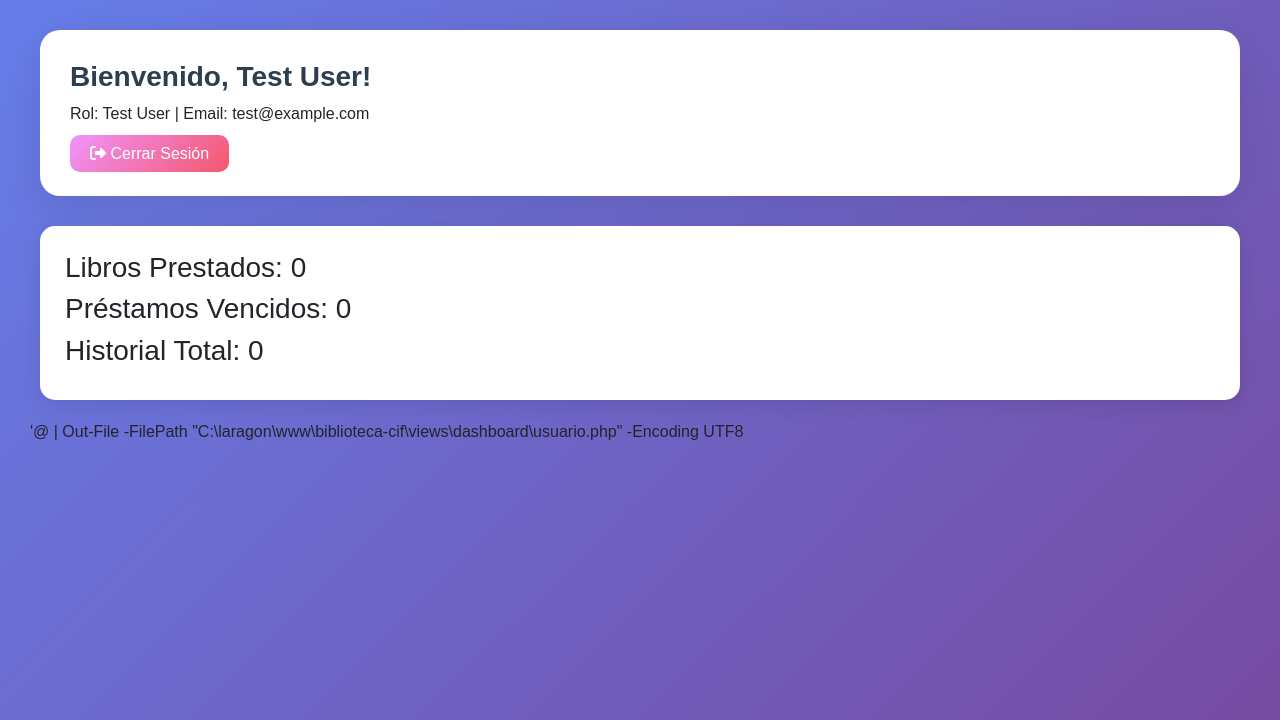
Repository: rafarmk/biblioteca-cif
Page: http://localhost/biblioteca-cif/views/dashboard/usuario.php
These files come from the project's save history. The page is drawn as it stood at one moment and after the next save; the edit follows.
The browser window is 1280 px wide. The pictures show the whole page.
The page is run by PHP 8.4 with error messages shown; the project is at /var/www/html/. The session is filled in as if someone had signed in: {"usuario_id": 1, "nombre": "Test User", "apellidos": 1, "email": "test@example.com", "rol_id": 1, "rol_nombre": "Test User", "foto_perfil": "admin", "last_activity": 1759523173, "login_time": 1759523173}. Other server files are loaded and not shown.

Above is the page before, as saved 2025-10-09 14:05:31.

### views/dashboard/usuario.php

<?php
require_once __DIR__ . '/../../config/config.php';

if (!isLoggedIn()) {
    redirect('auth/login');
    exit();
}

$flash = getFlashMessage();
$librosPrestados = 0;
$librosVencidos = 0;
$historialTotal = 0;
?>
<!DOCTYPE html>
<html lang="es">
<head>
    <meta charset="UTF-8">
    <meta name="viewport" content="width=device-width, initial-scale=1.0">
    <title>Mi Biblioteca - Biblioteca CIF</title>
    <link href="https://cdn.jsdelivr.net/npm/bootstrap@5.3.0/dist/css/bootstrap.min.css" rel="stylesheet">
    <link rel="stylesheet" href="https://cdnjs.cloudflare.com/ajax/libs/font-awesome/6.4.0/css/all.min.css">
    <style>
        body {
            font-family: 'Poppins', sans-serif;
            background: linear-gradient(135deg, #667eea 0%, #764ba2 100%);
            min-height: 100vh;
            padding: 30px;
        }
        .container-custom {
            max-width: 1200px;
            margin: 0 auto;
        }
        .header-card {
            background: white;
            border-radius: 20px;
            padding: 30px;
            box-shadow: 0 10px 40px rgba(0,0,0,0.1);
            margin-bottom: 30px;
        }
        .header-card h1 {
            font-size: 28px;
            font-weight: 700;
            color: #2c3e50;
        }
        .logout-btn {
            background: linear-gradient(135deg, #f093fb 0%, #f5576c 100%);
            color: white;
            padding: 10px 20px;
            border-radius: 10px;
            text-decoration: none;
            font-weight: 500;
        }
        .stat-card {
            background: white;
            padding: 25px;
            border-radius: 15px;
            box-shadow: 0 5px 20px rgba(0,0,0,0.1);
            margin-bottom: 20px;
        }
    </style>
</head>
<body>
    <div class="container-custom">
        <div class="header-card">
            <h1>Bienvenido, <?php echo $_SESSION['nombre']; ?>!</h1>
            <p>Rol: <?php echo ucfirst($_SESSION['rol_nombre']); ?> | Email: <?php echo $_SESSION['email']; ?></p>
            <a href="<?php echo BASE_URL; ?>auth/logout" class="logout-btn">
                <i class="fas fa-sign-out-alt"></i> Cerrar Sesión
            </a>
        </div>

        <?php if ($flash): ?>
            <div class="alert alert-<?php echo $flash['type'] === 'error' ? 'danger' : $flash['type']; ?>">
                <?php echo $flash['message']; ?>
            </div>
        <?php endif; ?>

        <div class="stat-card">
            <h3>Libros Prestados: <?php echo $librosPrestados; ?></h3>
            <h3>Préstamos Vencidos: <?php echo $librosVencidos; ?></h3>
            <h3>Historial Total: <?php echo $historialTotal; ?></h3>
        </div>
    </div>
</body>
</html>
'@ | Out-File -FilePath "C:\laragon\www\biblioteca-cif\views\dashboard\usuario.php" -Encoding UTF8

### config/config.php
<?php
/**
 * SISTEMA DE BIBLIOTECA CIF
 * Archivo de Configuración General
 * Versión: 2.0 Profesional
 */

// Configuración de zona horaria
date_default_timezone_set('America/El_Salvador');

// Configuración de sesiones
ini_set('session.cookie_httponly', 1);
ini_set('session.use_only_cookies', 1);
ini_set('session.cookie_secure', 0); // Cambiar a 1 en producción con HTTPS

// Iniciar sesión si no está iniciada
if (session_status() === PHP_SESSION_NONE) {
    session_start();
}

// ============================================
// CONFIGURACIÓN DE BASE DE DATOS
// ============================================
define('DB_HOST', 'localhost');
define('DB_NAME', 'biblioteca_cif');
define('DB_USER', 'root');
define('DB_PASS', '');
define('DB_CHARSET', 'utf8mb4');

// ============================================
// CONFIGURACIÓN DE RUTAS
// ============================================
define('BASE_URL', 'http://localhost/biblioteca-cif/');
define('BASE_PATH', __DIR__ . '/../');
define('UPLOAD_PATH', BASE_PATH . 'public/uploads/');
define('UPLOAD_URL', BASE_URL . 'public/uploads/');

// ============================================
// CONFIGURACIÓN DE LA APLICACIÓN
// ============================================
define('APP_NAME', 'Biblioteca CIF');
define('APP_VERSION', '2.0');
define('APP_AUTHOR', 'José Raphael Pérez');

// ============================================
// CONFIGURACIÓN DE SEGURIDAD
// ============================================
define('PASSWORD_MIN_LENGTH', 6);
define('SESSION_TIMEOUT', 3600); // 1 hora en segundos
define('MAX_LOGIN_ATTEMPTS', 5);
define('LOCKOUT_TIME', 900); // 15 minutos

// ============================================
// CONFIGURACIÓN DE EMAIL (para notificaciones futuras)
// ============================================
define('SMTP_HOST', 'smtp.gmail.com');
define('SMTP_PORT', 587);
define('SMTP_USER', 'tu-email@gmail.com');
define('SMTP_PASS', 'tu-password');
define('SMTP_FROM', 'biblioteca@cif.edu.sv');
define('SMTP_FROM_NAME', 'Biblioteca CIF');

// ============================================
// CONFIGURACIÓN DE PRÉSTAMOS
// ============================================
define('DIAS_PRESTAMO_ESTUDIANTE', 7);
define('DIAS_PRESTAMO_DOCENTE', 15);
define('DIAS_PRESTAMO_ADMIN', 30);
define('MAX_PRESTAMOS_ESTUDIANTE', 3);
define('MAX_PRESTAMOS_DOCENTE', 5);
define('MAX_PRESTAMOS_ADMIN', 10);
define('MAX_RENOVACIONES', 2);

// ============================================
// CONFIGURACIÓN DE NOTIFICACIONES
// ============================================
define('DIAS_RECORDATORIO', 3);
define('ENVIAR_EMAIL_NOTIFICACIONES', false); // Cambiar a true cuando se configure email

// ============================================
// MODO DE DESARROLLO
// ============================================
define('DEBUG_MODE', true); // Cambiar a false en producción

if (DEBUG_MODE) {
    error_reporting(E_ALL);
    ini_set('display_errors', 1);
} else {
    error_reporting(0);
    ini_set('display_errors', 0);
}

// ============================================
// AUTOLOAD DE CLASES (simple)
// ============================================
spl_autoload_register(function ($class) {
    $paths = [
        BASE_PATH . 'core/',
        BASE_PATH . 'models/',
        BASE_PATH . 'controllers/'
    ];

    foreach ($paths as $path) {
        $file = $path . $class . '.php';
        if (file_exists($file)) {
            require_once $file;
            return;
        }
    }
});

// ============================================
// FUNCIONES HELPER GLOBALES
// ============================================

function redirect($url) {
    // Si la URL ya empieza con http:// o https://, usarla tal cual
    if (strpos($url, 'http://') === 0 || strpos($url, 'https://') === 0) {
        header("Location: " . $url);
        exit();
    }

    // Si empieza con "views/", es una ruta antigua - convertir a nueva
    if (strpos($url, 'views/') === 0) {
        // views/auth/login.php -> auth/login
        $url = str_replace('views/', '', $url);
        $url = str_replace('.php', '', $url);
    }

    // Agregar BASE_URL
    header("Location: " . BASE_URL . $url);
    exit();
}

function isLoggedIn() {
    return isset($_SESSION['usuario_id']) && !empty($_SESSION['usuario_id']);
}

function getUserId() {
    return $_SESSION['usuario_id'] ?? null;
}

function getUserRole() {
    return $_SESSION['rol_nombre'] ?? null;
}

function hasRole($role) {
    return getUserRole() === $role;
}

function isAdmin() {
    return hasRole('administrador');
}

function cleanInput($data) {
    $data = trim($data);
    $data = stripslashes($data);
    $data = htmlspecialchars($data, ENT_QUOTES, 'UTF-8');
    return $data;
}

function generateCsrfToken() {
    if (empty($_SESSION['csrf_token'])) {
        $_SESSION['csrf_token'] = bin2hex(random_bytes(32));
    }
    return $_SESSION['csrf_token'];
}

function verifyCsrfToken($token) {
    return isset($_SESSION['csrf_token']) && hash_equals($_SESSION['csrf_token'], $token);
}

function setFlashMessage($type, $message) {
    $_SESSION['flash_message'] = [
        'type' => $type,
        'message' => $message
    ];
}

function getFlashMessage() {
    if (isset($_SESSION['flash_message'])) {
        $message = $_SESSION['flash_message'];
        unset($_SESSION['flash_message']);
        return $message;
    }
    return null;
}

function formatearFecha($fecha, $formato = 'd/m/Y') {
    $meses = [
        'January' => 'Enero', 'February' => 'Febrero', 'March' => 'Marzo',
        'April' => 'Abril', 'May' => 'Mayo', 'June' => 'Junio',
        'July' => 'Julio', 'August' => 'Agosto', 'September' => 'Septiembre',
        'October' => 'Octubre', 'November' => 'Noviembre', 'December' => 'Diciembre'
    ];

    $fecha_formateada = date($formato, strtotime($fecha));
    return str_replace(array_keys($meses), array_values($meses), $fecha_formateada);
}

function diasEntreFechas($fecha1, $fecha2) {
    $datetime1 = new DateTime($fecha1);
    $datetime2 = new DateTime($fecha2);
    $interval = $datetime1->diff($datetime2);
    return $interval->days;
}

function hashPassword($password) {
    return password_hash($password, PASSWORD_BCRYPT);
}

function verifyPassword($password, $hash) {
    return password_verify($password, $hash);
}

function dd($data) {
    echo '<pre>';
    var_dump($data);
    echo '</pre>';
    die();
}

// ============================================
// VERIFICAR TIMEOUT DE SESIÓN
// ============================================

if (isLoggedIn()) {
    $timeout = defined('SESSION_TIMEOUT') ? SESSION_TIMEOUT : 1800;
    $last_activity = $_SESSION['last_activity'] ?? time();

    if ((time() - $last_activity) > $timeout) {
        $_SESSION = [];
        if (ini_get("session.use_cookies")) {
            $params = session_get_cookie_params();
            setcookie(session_name(), '', time() - 42000,
                $params["path"], $params["domain"],
                $params["secure"], $params["httponly"]
            );
        }

        session_destroy();
        session_start();
        setFlashMessage('warning', 'Su sesión ha expirado. Por favor, inicie sesión nuevamente.');
        redirect('auth/login');
        exit();
    }

    $_SESSION['last_activity'] = time();
}

After the next save:
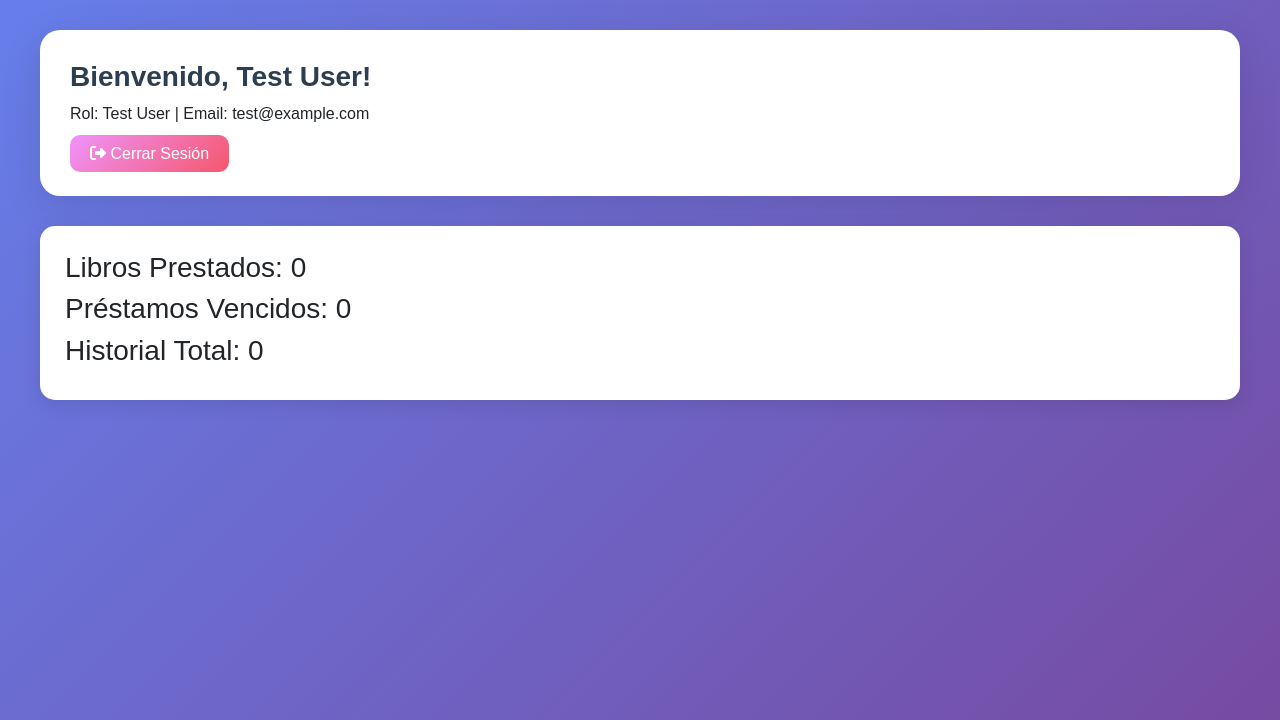
Saved 10 s later.
--- a/views/dashboard/usuario.php
+++ b/views/dashboard/usuario.php
@@ -84,4 +84,3 @@ $historialTotal = 0;
     </div>
 </body>
 </html>
-'@ | Out-File -FilePath "C:\laragon\www\biblioteca-cif\views\dashboard\usuario.php" -Encoding UTF8
